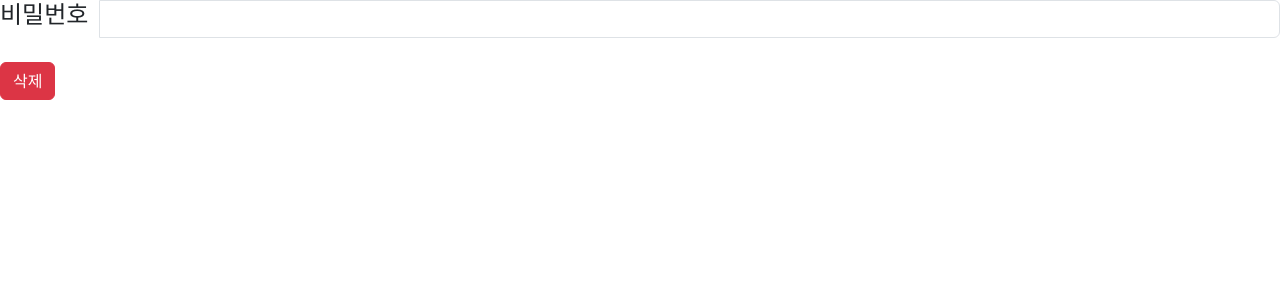
Repository: JunbroGit/SistProject
Page: http://localhost/jsaAjaxProject/simpleboard/deletepassForm.jsp
The author's editor kept a copy of each file at every save. The page is drawn from the files as they stood at one save, then again after the next save.
The browser window is 1280 px wide. The pictures show the whole page.
Some web fonts or font styles are not loaded; a fallback is used. The page is served by Tomcat 9.

Above is the page before, as saved 2024-03-15 00:16:18.

After the next save:
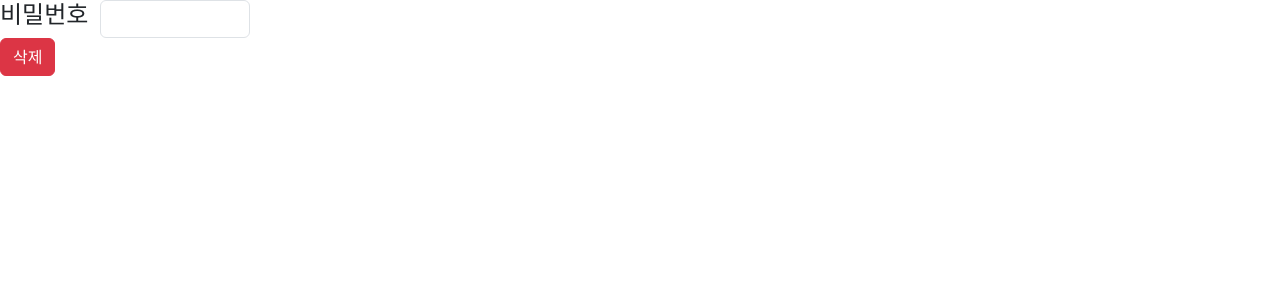
Saved 42 s later.
--- a/jspwork/jsaAjaxProject/src/main/webapp/simpleboard/deletepassForm.jsp
+++ b/jspwork/jsaAjaxProject/src/main/webapp/simpleboard/deletepassForm.jsp
@@ -12,7 +12,7 @@
 <body>
 <div>
 	<form action="" method="post">
-		<div class="input-group">
+		<div class="d-inline-flex">
 			<h4 style="width: 100px;">비밀번호</h4>
 			<input type="password" class="form-control" required="required" name="pass" style="width: 150px;">
 		</div>
